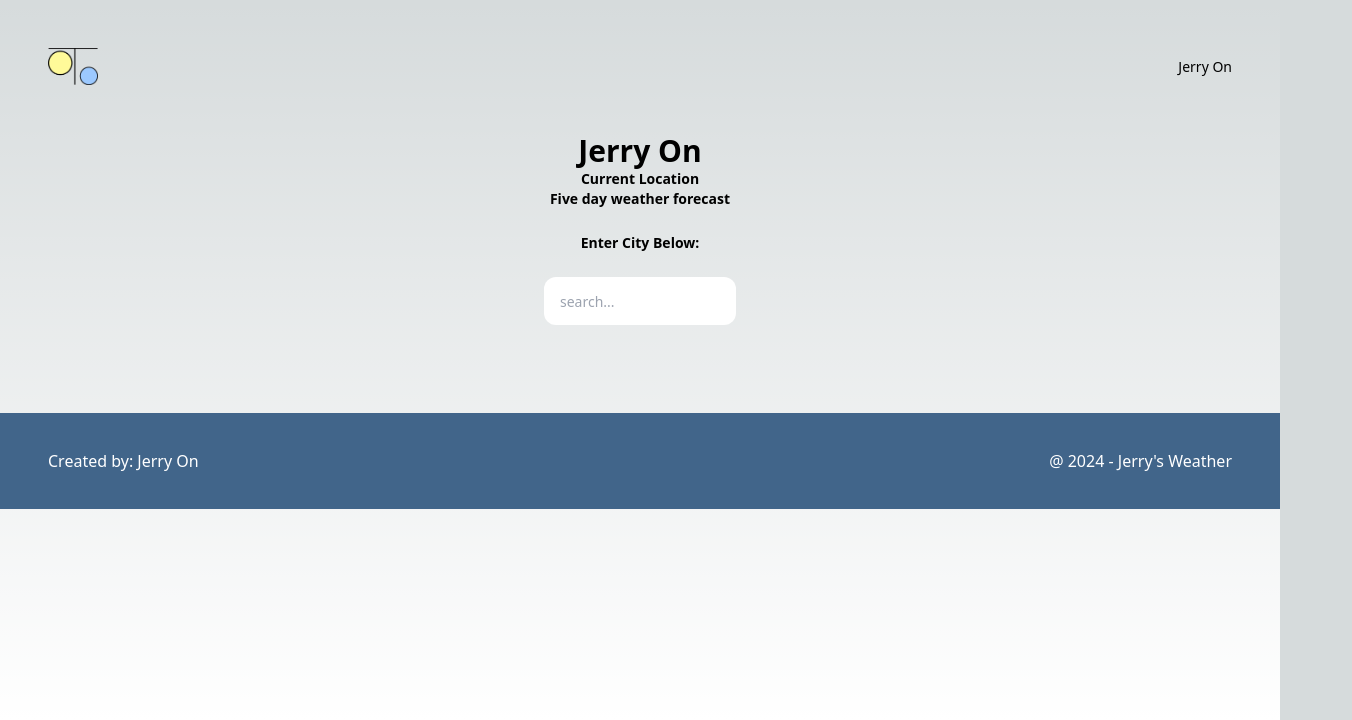
Repository: JerryWuOn/weatherAppMid
Page: /
The author's editor kept a copy of each file at every save. The page is drawn from the files as they stood at one save, then again after the next save.
The browser window is 1280 px wide. The page is 1280 px wide, then 1352 px, then 1280 px, so the pictures cover 1352 px, including what lies to the right of the window. The pictures show the whole page.
The project was rebuilt for these pictures with package versions that can differ from the ones it lists, and the page was loaded fresh each time. The framework's server and built-in components were replaced by stand-ins that run in the browser. Also part of the build but not shown: next.config.mjs.

Above is the page before, as saved 2024-02-12 20:00:14.

### src/pages/index.tsx

import Image from "next/image";
import Header from "@/components/Header";
import Footer from "@/components/Footer";
import { useState} from "react";
import Clouds from '../../public/images/clouds.png'

export default function Home() {
  const [data,setData] = useState<IWeather | null>(null);
  const [forcast,setForcast] = useState<IForecast| null>(null);

  const [city, setCity] = useState('');

    const handleLocation = (jerry) => {
        setCity(jerry.target.value);
    }

    const formatDate = (timestamp) => {
      return new Date(timestamp * 1000).toLocaleDateString('en-Ca', {
        year: 'numeric',
        month: 'long',
        day: 'numeric',
      });
    };

    const handleSubmit = (jerry) => {
        jerry.preventDefault();
        const apiKey = "fa86376a0b2615057a19374755185488"
        const API_URL = `https://api.openweathermap.org/data/2.5/weather?q=${city}&units=metric&appid=${apiKey}`
        const API_fiveDay = `https://api.openweathermap.org/data/2.5/forecast?q=${city}&units=metric&appid=${apiKey}`


      fetch(API_URL)
      .then(response => response.json())
      .then(response => {
        console.log(response);
        setData(response);
      })
      .catch(err => {
        console.log(err);
      })

      fetch(API_fiveDay)
      .then(response => response.json())
      .then(response => {
        console.log(response);
        setForcast(response);
      })
      .catch(err => {
        console.log(err);
      })
    }



  return (
    <main className="flex flex-col min-h-screen w-full">
      <div className="flex flex-col w-5xl justify-between w-full items-center  text-sm ">
        <div className="flex flex-row w-full items-center justify-between gap-x-4 p-12">
          <Header></Header>
        </div>
        <div className="flex flex-col justify-center text-center w-full items-center">
          <div className="flex flex-row">
            <div className="font-bold text-3xl">Jerry On</div>

          </div>
          <div className="font-bold">Current Location</div>
          <div className="font-bold mb-6">Five day weather forecast</div>
          <div className="font-bold mb-6">Enter City Below:</div>
          <form onSubmit={handleSubmit}>
            <input className="rounded-xl h-12 w-48 p-4 mb-6" type="text" placeholder="search..." value={city} onChange={handleLocation}/>
          </form>

          {data && data.main && data.weather && data.wind && data.dt &&(
            <div className="flex flex-col w-full px-12 ">
              {data.weather.map((d, index)=> (
                <div key={index}>
                  <div className="flex w-full flex-start items-start">
                    <div className="flex flex-col">
                      <h1 className="text-6xl">{city}</h1>
                    </div>
                  </div>
                  <h1 className="flex flex-start text-2xl">Current Weather: {d.main}</h1>
                  <h1 className="flex flex-start text-2xl">Temperature: {data.main.temp.toFixed(1)}</h1>
                  <h1 className="flex flex-start text-2xl">Wind: {data.wind.speed.toFixed(1)}</h1>
                  <h1 className="flex flex-start text-2xl">Date: {formatDate(data.dt)}</h1>
                </div>
              ))}
            </div>
          )}

          {forcast && forcast.list && (
            <div className="flex flex-row w-full px-12 mt-12 gap-x-6">
              <h1 className="flex flex-start text-2xl pr-24">5 Day Forecast</h1>
              {forcast.list.slice(0,5).map((d, index)=> (
                <div key={index}>
                  <h1 className="flex text-md">Temperature in Celsius: {d.main.temp.toFixed(1)}</h1>
                  {d.weather.map((d, index)=> (
                <div key={index}>
                  <h1 className="flex text-md">Weather: {d.main}</h1>

                </div>

              ))}
              {d.weather.map((d, index)=> (
                <div key={index}>
                  <h1 className="flex text-md">Description: {d.description}</h1>
                </div>
              ))}
                <h1 className="flex text-md">Wind Speed: {d.wind.speed}</h1>
                <h1 className="flex text-md mt-12">Date: {formatDate(d.dt)}</h1>
                </div>
              ))}

            </div>
          )}

        </div>
        </div>

        <div className="flex bg-footer w-full bg-fixed text-white mt-16 px-12">
          <div className="flex h-24 w-full items-center justify-between">
            <Footer/>
          </div>
        </div>

    </main>
  );
}

### src/components/Header/index.tsx
import { useState } from "react"
import Image from "next/image"

import Logo from "../../../public/images/jerryWeather.png"


export default function Header(){
    return (
        <div className="flex w-full">
            <div className="flex flex-row w-full items-center justify-between gap-x-4 ">
                <div className="flex justify-between">
                    <Image src={Logo} alt="logo" width={50} height={50}/>
                </div>
                <div className="flex justify-between">
                    <h1>Jerry On</h1>
                </div>
            </div>
        </div>
    )
}

### src/components/Footer/index.tsx
export default function Footer(){
    return (
        <div className="flex w-full items-center ">
            <div className="flex w-full items-center justify-between">
                <div className="flex px-18">
                    Created by: Jerry On
                </div>
                <div className="flex px-18">
                    @ 2024 - Jerry's Weather
                </div>
            </div>
        </div>
    )
}

### tailwind.config.ts
import type { Config } from "tailwindcss";

const config: Config = {
  content: [
    "./src/pages/**/*.{js,ts,jsx,tsx,mdx}",
    "./src/components/**/*.{js,ts,jsx,tsx,mdx}",
    "./src/app/**/*.{js,ts,jsx,tsx,mdx}",
  ],
  theme: {
    colors: {
      'footer' : '#41658A',
      'white' : '#FFFFFF'
    },
    extend: {
      backgroundImage: {
        "gradient-radial": "radial-gradient(var(--tw-gradient-stops))",
        "gradient-conic":
          "conic-gradient(from 180deg at 50% 50%, var(--tw-gradient-stops))",
      },
    },
  },
  plugins: [],
};
export default config;

Loaded but not shown: src/pages/_app.tsx (common file); src/pages/_document.tsx (common file); src/styles/globals.css (common file)

After the next save:
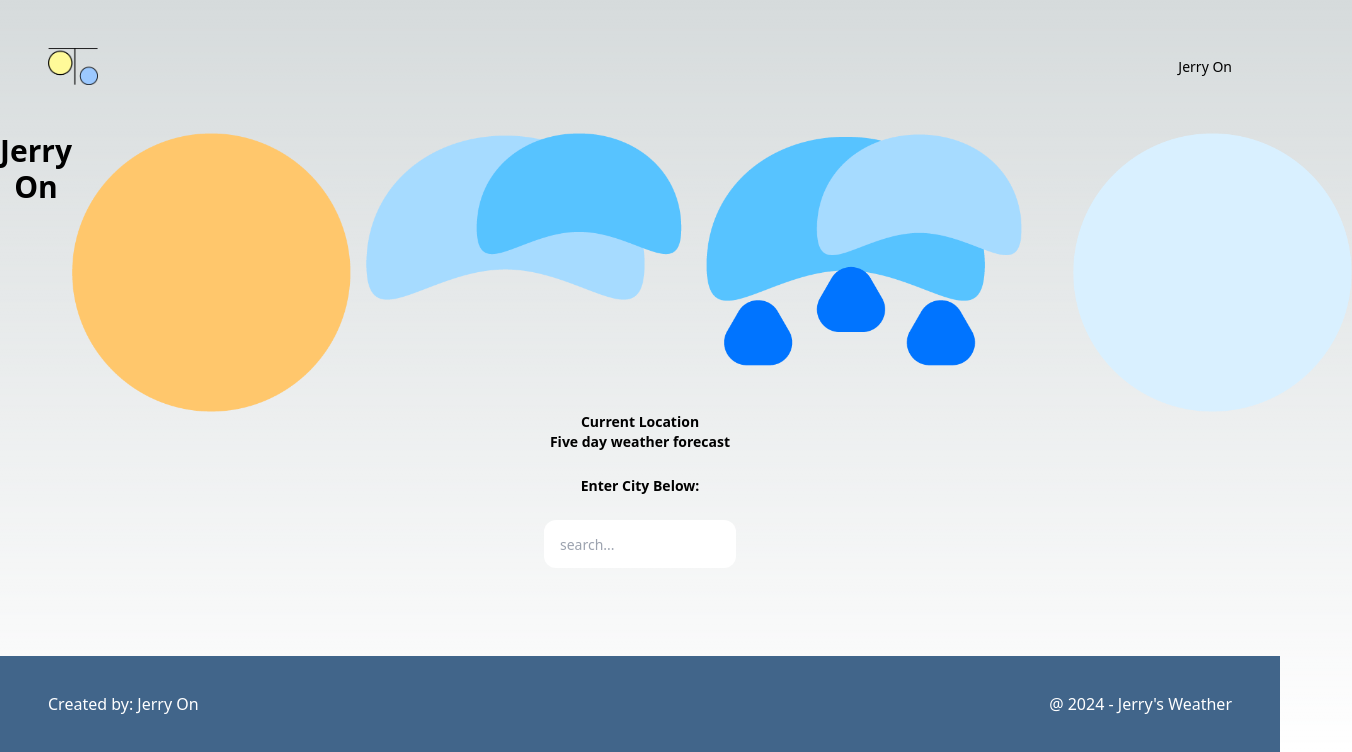
Saved 31 s later.
--- a/src/pages/index.tsx
+++ b/src/pages/index.tsx
@@ -62,7 +62,7 @@
         <div className="flex flex-col justify-center text-center w-full items-center">
           <div className="flex flex-row">
             <div className="font-bold text-3xl">Jerry On</div>
-
+            <Image src={Clouds} alt="clouds"/>
           </div>
           <div className="font-bold">Current Location</div>
           <div className="font-bold mb-6">Five day weather forecast</div>

After the save that followed:
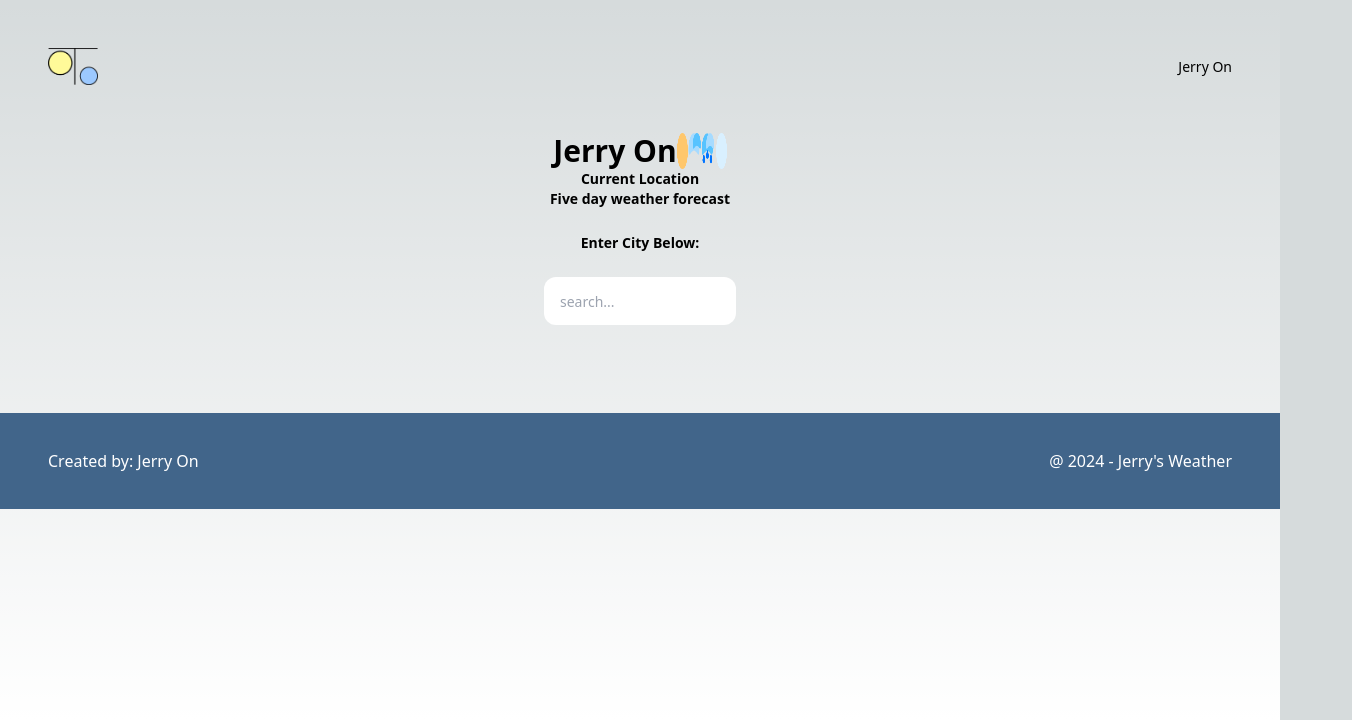
Saved 10 s later.
--- a/src/pages/index.tsx
+++ b/src/pages/index.tsx
@@ -62,7 +62,7 @@
         <div className="flex flex-col justify-center text-center w-full items-center">
           <div className="flex flex-row">
             <div className="font-bold text-3xl">Jerry On</div>
-            <Image src={Clouds} alt="clouds"/>
+            <Image src={Clouds} alt="clouds" width={50}/>
           </div>
           <div className="font-bold">Current Location</div>
           <div className="font-bold mb-6">Five day weather forecast</div>
